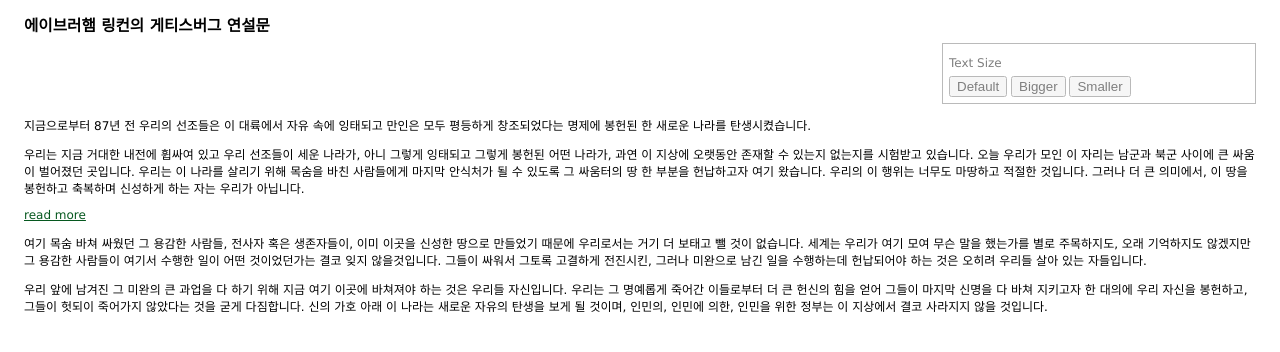
Repository: RyuJelly/211
Page: java_web/jQuery/WebContent/chap04/index.html
These files come from the project's save history. The page is drawn as it stood at one moment and after the next save; the edit follows.
The browser window is 1280 px wide. The pictures show the whole page.
After loading, the first visible `div.label` was clicked once.

Above is the page before, as saved 2021-03-16 07:13:12.

### java_web/jQuery/WebContent/chap04/index.html
<!DOCTYPE html PUBLIC "-//W3C//DTD XHTML 1.0 Transitional//EN"
	"http://www.w3.org/TR/xhtml1/DTD/xhtml1-transitional.dtd">

<html xmlns="http://www.w3.org/1999/xhtml" xml:lang="en" lang="en">
<head>
	<meta http-equiv="Content-Type" content="text/html; charset=utf-8"/>

	<title>effects</title>
	<link rel="stylesheet" href="gettysburg.css" type="text/css" media="screen" />
	<script src="jquery.js" type="text/javascript"></script>
	<script type="text/javascript" src="gettysburg.js"></script>

</head>

<body>
  <div id="container">
    <h2>에이브러햄 링컨의 게티스버그 연설문</h2>
<div id="switcher">
  <div class="label">Text Size</div>
  <button id="switcher-default">Default</button>
  <button id="switcher-large">Bigger</button>
  <button id="switcher-small">Smaller</button>
</div>
<div class="speech">
  <p>지금으로부터 87년 전 우리의 선조들은 이 대륙에서 자유 속에 잉태되고 만인은 모두 평등하게 창조되었다는 명제에 봉헌된 한 새로운 나라를 탄생시켰습니다.
  </p>
  <p>우리는 지금 거대한 내전에 휩싸여 있고 우리 선조들이 세운 나라가, 아니 그렇게 잉태되고 그렇게 봉헌된 어떤 나라가, 과연 이 지상에 오랫동안 존재할 수 있는지 없는지를 시험받고 있습니다. 오늘 우리가 모인 이 자리는 남군과 북군 사이에 큰 싸움이 벌어졌던 곳입니다. 우리는 이 나라를 살리기 위해 목숨을 바친 사람들에게 마지막 안식처가 될 수 있도록 그 싸움터의 땅 한 부분을 헌납하고자 여기 왔습니다. 우리의 이 행위는 너무도 마땅하고 적절한 것입니다. 그러나 더 큰 의미에서, 이 땅을 봉헌하고 축복하며 신성하게 하는 자는 우리가 아닙니다.
 </p>
  <a href="#" class="more">read more</a>
  <p>여기 목숨 바쳐 싸웠던 그 용감한 사람들, 전사자 혹은 생존자들이, 이미 이곳을 신성한 땅으로 만들었기 때문에 우리로서는 거기 더 보태고 뺄 것이 없습니다. 세계는 우리가 여기 모여 무슨 말을 했는가를 별로 주목하지도, 오래 기억하지도 않겠지만 그 용감한 사람들이 여기서 수행한 일이 어떤 것이었던가는 결코 잊지 않을것입니다. 그들이 싸워서 그토록 고결하게 전진시킨, 그러나 미완으로 남긴 일을 수행하는데 헌납되어야 하는 것은 오히려 우리들 살아 있는 자들입니다.</p>
  <p>우리 앞에 남겨진 그 미완의 큰 과업을 다 하기 위해 지금 여기 이곳에 바쳐져야 하는 것은 우리들 자신입니다. 우리는 그 명예롭게 죽어간 이들로부터 더 큰 헌신의 힘을 얻어 그들이 마지막 신명을 다 바쳐 지키고자 한 대의에 우리 자신을 봉헌하고, 그들이 헛되이 죽어가지 않았다는 것을 굳게 다짐합니다. 신의 가호 아래 이 나라는 새로운 자유의 탄생을 보게 될 것이며, 인민의, 인민에 의한, 인민을 위한 정부는 이 지상에서 결코 사라지지 않을 것입니다.</p>
</div>
  </div>
</body>
</html>

### java_web/jQuery/WebContent/chap04/gettysburg.css
/***************************************
   =default styles
************************************** */

html, body {
  margin: 0;
  padding: 0;
}

body {
  font: 62.5% Verdana, Helvetica, Arial, sans-serif;
  color: #000;
  background: #fff;
}
#container {
  font-size: 1.2em;
  margin: 10px 2em;
}

h1 {
  font-size: 2.5em;
  margin-bottom: 0;
}

h2 {
  font-size: 1.3em;
  margin-bottom: .5em;
}
h3 {
  font-size: 1.1em;
  margin-bottom: 0;
}

code {
  font-size: 1.2em;
}

a {
  color: #06581f;
}
/***************************************
=Aslett Clearing Method for floats
************************************** */
.clear-after:after {
  content: ".";
  display: block;
  height: 0;
  clear: both;
  visibility: hidden;
  }
.clear-after {display: inline-block;}
/* backslash hack hides from IE Mac \*/
	* html .clear-after {height: 1%;}
	.clear-after {display: block;}
/* end backslash hack */


/***************************************
   =chapter styles
************************************** */


.hover {
  cursor: pointer;
  background: #ffc;
}

#switcher {
  position: relative;
  width: 300px;
  padding: .5em;
  border: 1px solid #777;
}
.label {
  width: 130px;
  margin: .5em 0;
}

.button {
  width: 140px;
  padding: 5px;
  margin: .5em 0;
  border: 1px solid #e3e3e3;
  position: relative;
}

#brave {
  position: relative;
}
.bordered {
  border: 1px solid #999;
  padding: 1%;
  margin-right: 1%;
}
.more {
  clear: left;
}

### java_web/jQuery/WebContent/chap04/gettysburg.js
$(function(){
	var $speech = $('div.speech');
	var defaultSize = $speech.css('fontSize'); //12px

	$('#switcher button').click(function(){
		var num = parseInt($speech.css('fontSize'));

		switch(this.id){
		case 'switcher-large':
			num *= 1.2;
			break;
		case 'switcher-small':
			num /= 1.2;
			break;
		default:
			num = parseInt(defaultSize);
			break;
		}

		$speech.animate({fontSize: num + 'px'}, 'slow');

	});

});


$(function(){
	$('div.label').click(function(){

		var pWidth = $('div.speech p').outerWidth();		// 안쪽 padding까지 포함된 width값
		var divWidth = $('#switcher').outerWidth();

		var num = parseInt(pWidth) - parseInt(divWidth);

		$('#switcher').fadeTo('fast', 0.5)
						.animate({marginLeft: num}, 'slow')

	});
});

Loaded but not shown: java_web/jQuery/WebContent/chap04/jquery.js (library)

After the next save:
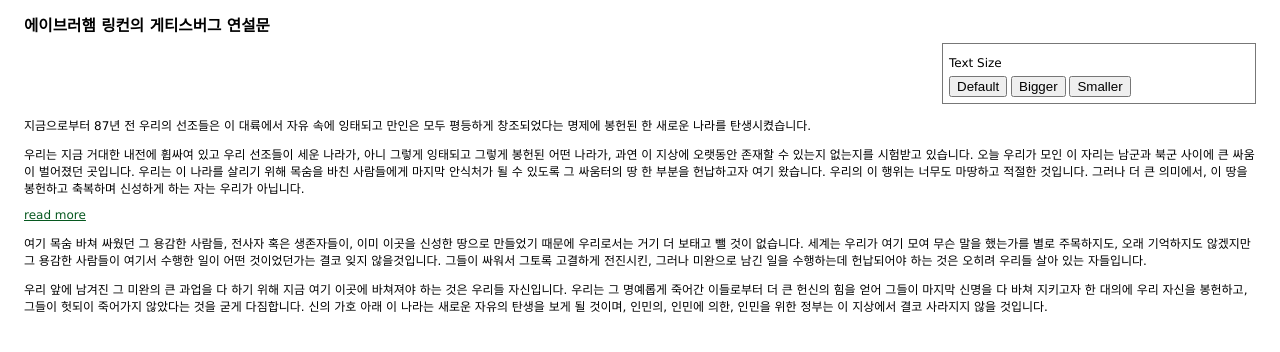
Saved 2 min 8 s later.
--- a/java_web/jQuery/WebContent/chap04/gettysburg.js
+++ b/java_web/jQuery/WebContent/chap04/gettysburg.js
@@ -34,6 +34,7 @@ $(function(){
 
 		$('#switcher').fadeTo('fast', 0.5)
 						.animate({marginLeft: num}, 'slow')
+						.fadeTo('fast', 1)
 
 	});
 });
